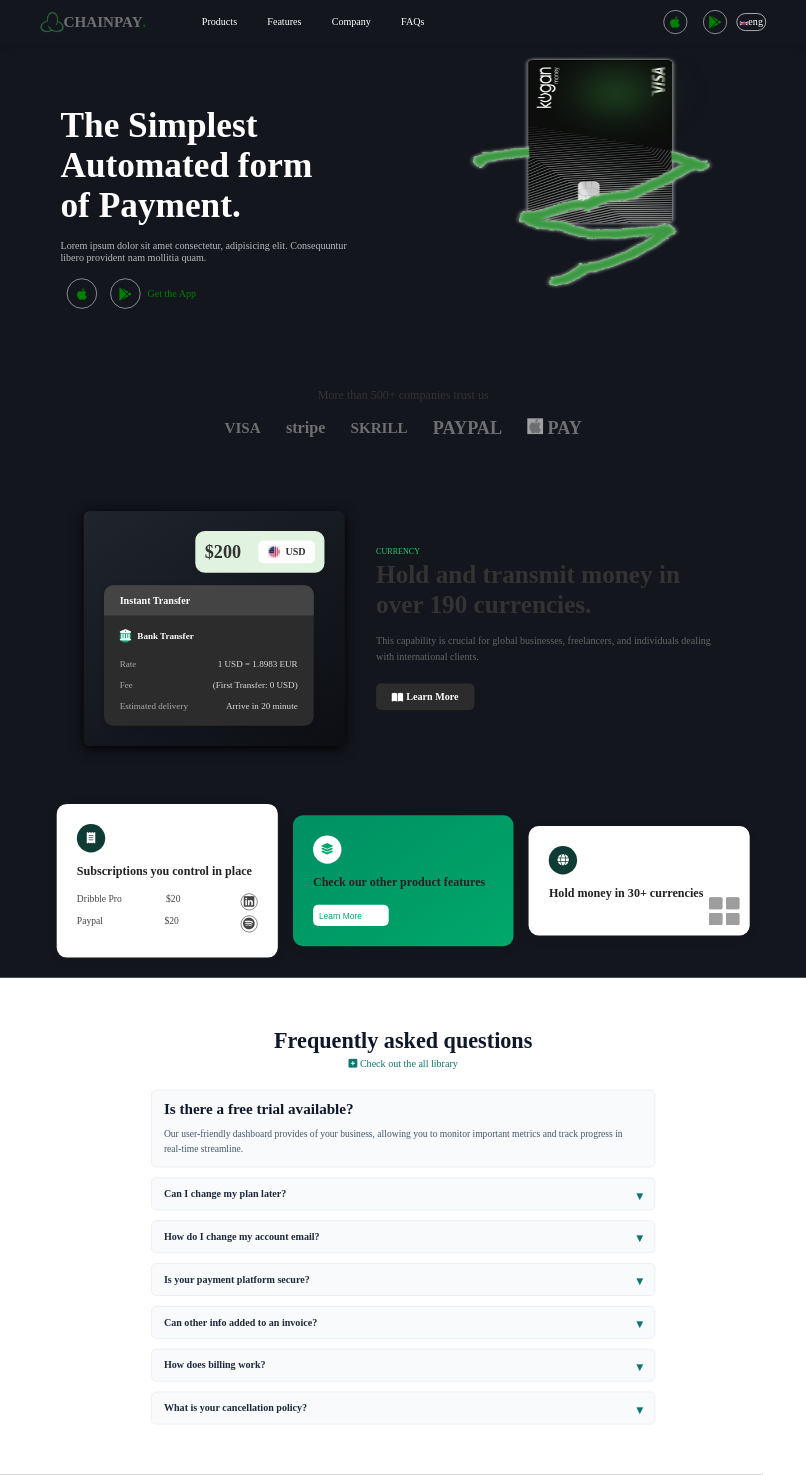
Repository: Austinokezie/Fintech-landing-page
Page: Chainpay.html
These files come from the project's save history. The page is drawn as it stood at one moment and after the next save; the edit follows.
The browser window is 1280 px wide. The pictures show the whole page, at 63% of full size.
Pictures or frames that could not be fetched are drawn as grey boxes. Some web libraries are served in a nearby version.

Above is the page before, as saved 2025-10-15 22:51:47.

### Chainpay.html
<!DOCTYPE html>
<html lang="en">
<head>
    <meta charset="UTF-8">
    <meta name="viewport" content="width=device-width, initial-scale=1.0">
    <title>Document</title>
    <link rel="stylesheet" href="./Chainpay.css">
    <script src="https://kit.fontawesome.com/988c5ad863.js" crossorigin="anonymous"></script>
</head>
<body>
    <nav>
        <div class="left">
            <div class="logo">
                <img src="./images/logo.png" alt="logo image">

                <span>Chainpay</span><span class="dot">.</span>

            </div>
            <ul class="links">
                <li class="link">Products</li>
                <li class="link">Features</li>
                <li class="link">Company</li>
                <li class="link">FAQs</li>

            </ul>
        </div>

        <div class="btn">
            <i class="fa-brands fa-apple"></i>
            <i class="fa-brands fa-google-play"></i>
            <div class="flag">
                <a href=""><img src="./images/Flag_of_the_United_Kingdom_(1-2).svg.png" alt="flag"><span>eng</span></a>


            </div>

        </div>
    </nav>
    <main>
        <div class="introsection">
            <h1>
                <p>The Simplest</p>
                <p>Automated form</p>
                <p>of Payment.</p>
            </h1>
            <p class="describe">Lorem ipsum dolor sit amet consectetur, adipisicing elit. Consequuntur libero provident nam mollitia quam.</p>
            <div class="btnicons">
                <i class="fa-brands fa-apple"></i>
                <i class="fa-brands fa-google-play"></i>
                <a href="#">Get the App</a>
            </div>
            <!-- <div>
                <button class="btn"> Get Started</button>
                <button class="btn"> Discover More</button>
            </div> -->
        </div>
        <div class="imagesection">
            <img src="./images/card.png" alt="">
        </div>
    </main>
   <section class="trust-section">
      <p class="trust-statement">More than 500+ companies trust us</p>
       <div class="payment-logos">
          <span class="logo visa">VISA</span>
          <span class="logo stripe">stripe</span>
          <span class="logo skrill">Skrill</span>
          <span class="logo paypal">PayPal</span>
          <span class="logo apple-pay"><img src="./images/Apple logo.jpg" alt=""> Pay</span>
        </div>
   </section>
    <section class="currency-feature-section">
            <div class="demo-section">
                <div class="input-card">
                    <span class="amount">$200</span>
                        <div class="currency-selector">
                            <img src="./images/USA FLAG2.jpeg" alt="US Flag" class="flag-icon">
                             <span class="currency-code">USD</span>

                        </div>
                </div>

                <div class="transfer-details-card">
                      <div class="card-header">
                         <span class="header-text">Instant Transfer</span>
                       </div>
                    <div class="transfer-info">
                        <div class="info-line bank-transfer">
                          <span class="icon "><i class="fa-solid fa-building-columns bank-icon"></i></span>
                         <span class="text">Bank Transfer</span>
                       </div>
                       <div class="info-line detail-row">
                          <span class="label">Rate</span>
                          <span class="value">1 USD = 1.8983 EUR</span>
                       </div>
                        <div class="info-line detail-row">
                          <span class="label">Fee</span>
                          <span class="value">(First Transfer: 0 USD)</span>
                       </div>
                       <div class="info-line detail-row">
                          <span class="label">Estimated delivery</span>
                         <span class="value">Arrive in 20 minute</span>
                        </div>
                   </div>
               </div>
            </div>

        <div class="content-section">
               <p class="tagline">Currency</p>
               <h2 class="headline">Hold and transmit money in over 190 currencies.</h2>
               <p class="description">This capability is crucial for global businesses, freelancers, and individuals dealing with international clients.</p>
               <button class="cta-button">
                  <span class="icon learn-icon"><i class="fa-solid fa-book-open"></i></span>
                   Learn More
               </button>
        </div>
    </section>

    <section class="features">
          <div class="card">
               <div class="card-icon">
                 <i class="fa-solid fa-receipt"></i>
                </div>
                <h3>Subscriptions you control in place</h3>
                <div class="card-footer">
                   <div class="item">
                      <span class="text">Dribble Pro</span>
                       <span class="amt">$20</span>
                       <span>
                            <i class="fa-brands fa-linkedin"></i>
                        </span>
                  </div>
                  <div class="item">
                      <span class="text">Paypal</span>
                      <span class="paypal-amt">$20</span>
                      <span>
                          <i class="fa-brands fa-spotify"></i>
                      </span>
                   </div>
               </div>
           </div>

           <div class="card active">
               <div class="card-icon">
                  <i class="fa-solid fa-layer-group"></i>
                </div>
                <h3>Check our other product features</h3>
                <button class="learn-more">
                  Learn More
               </button>
            </div>

           <div class="card">
               <div class="card-icon">
                 <i class="fa-solid fa-globe"></i>
               </div>
               <h3>Hold money in 30+ currencies</h3>
               <div class="flag-icons">
                  <img src="https://flagcdn.com/w40/gb.png" alt="UK">
                  <img src="https://flagcdn.com/w40/us.png" alt="US">
                  <img src="https://flagcdn.com/w40/ca.png" alt="Canada">
                  <img src="https://flagcdn.com/w40/eu.png" alt="EU">
              </div>
           </div>
    </section>
    <section class="faq-section">
                <div class="faq-header">
                   <h1>Frequently asked questions</h1>
                   <p><i class="fas fa-plus-square"></i> Check out the all library</p>
               </div>
                <div class="faq-content">

                   <div class="qa-item intro-text">
                      <h2>Is there a free trial available?</h2>
                      <p>Our user-friendly dashboard provides of your business, allowing you to monitor important metrics and track progress in real-time streamline.</p>
                   </div>

                   <details class="qa-item">
                      <summary class="question">Can I change my plan later?</summary>
                      <p class="answer">Yes, you can upgrade, downgrade, or change your plan at any time through your dashboard settings. Changes are effective immediately or at the start of your next billing cycle, depending on the modification.</p>
                  </details>

                  <details class="qa-item">
                     <summary class="question">How do I change my account email?</summary>
                     <p class="answer">You can update your registered email address in the 'Account Settings' section of your profile. For security, you may need to confirm the change via a verification link sent to both the old and new email addresses.</p>
                  </details>

                   <details class="qa-item">
                      <summary class="question">Is your payment platform secure?</summary>
                      <p class="answer">Absolutely. We use industry-leading encryption and partner with certified payment processors (e.g., Stripe, PayPal) to ensure all your transaction details are handled securely and are PCI compliant.</p>
                   </details>

                   <details class="qa-item">
                       <summary class="question">Can other info added to an invoice?</summary>
                      <p class="answer">Yes, you can specify custom information, such as a PO number, VAT ID, or project reference, to be included on your invoices. This can typically be managed in your billing preferences.</p>
                   </details>

                  <details class="qa-item">
                      <summary class="question">How does billing work?</summary>
                      <p class="answer">Billing is handled on a monthly or annual subscription basis, depending on your chosen plan. You will be charged automatically on your renewal date, and invoices are available immediately in your account portal.</p>
                  </details>

                 <details class="qa-item">
                      <summary class="question">What is your cancellation policy?</summary>
                      <p class="answer">You can cancel your subscription at any time. Your service will remain active until the end of the current paid billing period, and you will not be charged again.</p>
                  </details>

                </div>
    </section>


</body>
</html>

### Chainpay.css
*{
    margin: 0;
    padding: 0;

}
body{
    background-color: #13161d;
    color: white;
    scroll-behavior: smooth;
}
nav{
    display: flex;
    justify-content: space-between;
    padding: 16px 64px;
    box-shadow: 0 5px 12px rgba(0, 0, 0, 0.1);
}

nav .left {
    display: flex;
    gap: 4rem;
    align-items: center;
}

nav .logo{
    display: flex;
    align-items: center;

}
nav .logo span{
    font-size: 1.5rem;
    font-weight: bold;
    gap: 2px;

}
nav .logo .dot{
    color: green;
    font-size: 1.5rem;
}
nav .logo img{
    height: 32px;
}
nav .links{
    display: flex;
    list-style: none;

}
nav .links :hover{
    color: forestgreen;
}
nav .links .link{
    padding: 5px 1.5rem;
    font-weight: 500;
}
nav .btn{
    display: flex;
    align-items: center;
    gap: 5px;
}
nav .btn i{
    font-size: 1.3rem;
    background-color: rgba(2, green, blue, alpha);
    color: green;
    padding: .5rem .5rem;
    border: 1px solid #ccc;
    width: 20px;
    height: 20px;
    line-height: 20px;
    text-align: center;
    border-radius: 52px;
    margin:0 10px;
    cursor: pointer;

}
nav .btn .flag{
    display: flex;
    border: 1px solid;
    border-radius: 20px;
    padding: 4px 4px;

}

nav .btn .flag a{
    text-decoration: none;
}
nav .btn .flag img{
    width: .9rem;
    height: .4rem;
}
nav .btn .flag span{
    color: white;
}

main{
    display: flex;
    justify-content: center;
    padding: 1rem 6rem;

    gap: 2rem;
}
main .introsection{
    /* display: flex; */
    padding: 5rem 0;
    /* justify-content: center; */
}
main .introsection h1{
   font-size: 3.5rem;
}
main.introsection h1 p{
    font-size: 5rem;
}
.introsection .describe{
    font-size: 16px;
    opacity: .7;
    margin: 1.5rem 0;
    max-width: 80%;
}
main .imagesection img{
    width: 29rem;
    height: 27rem;
    /* margin-top: 30px; */
}
main .btnicons{
    display: flex;
    gap: 1px;
    align-items: center;
}
main .btnicons a{
    text-decoration: none;
    color: green;
}
main .btnicons i{
    font-size: 1.3rem;
    /* background-color: rgb(36, 17, 17); */
    padding: .5rem .5rem;
    color: green;
    border: 1px solid #ccc;
    width: 30px;
    height: 30px;
    line-height: 30px;
    text-align: center;
    border-radius: 52px;
    margin:0 10px;


}

/* =========================
   🌐 Services Highlight Section
   ========================= */

.trust-section {
    text-align: center;
    padding: 30px 15px;
    background-color: #13161d;
    color: white;
}

.trust-statement {
    font-size: 1.2rem;
    color: #333333; /* Darker text for the statement */
    margin-bottom: 25px;
}

.payment-logos {
    display: flex;
    justify-content: center;
    align-items: center;
    flex-wrap: wrap; /* Allows logos to wrap on smaller screens */
    gap: 40px; /* Space between logos */
}

.logo {
    font-size: 1.5rem;
    font-weight: bold;
    color: #aaaaaa; /* Faded/light gray color as seen in the image */
    text-transform: uppercase;
    opacity: 0.6; /* Slight transparency to enhance the faded look */
    /* Add a specific font-family if you want to match the logo typeface exactly */
}

/* Specific Logo adjustments (optional, to better mimic the logo styles) */
.visa {
    /* No major change needed */
}

.stripe {
    font-size: 1.6rem;
    text-transform: lowercase;
}

.skrill {
    /* No major change needed */
}

.paypal {
    font-size: 1.8rem;
}

.apple-pay {
    font-size: 1.8rem;
    /* The Apple logo  is used directly in the HTML */
}
.apple-pay img{
    width: 25px;
    height: 25px;
}


/* Base Styles */
.currency-feature-section {
    display: flex;
    justify-content: center;
    align-items: center;
    padding: 60px 5%;
    background-color: #13161d;
    color: white;
    font-family: serif;
    box-shadow: rgba(0, 0, 0, 0.1);
    margin-top: 25px;
}

/* --------------------
    Left Column: Demo Section Styling
-------------------- */
.demo-section {
    flex: 1;
    display: flex;
    flex-direction: column;
    gap: 20px;
    padding: 2rem;
    max-width: 350px; /* Limit size for better aesthetics */
    background: linear-gradient(145deg, #1f242d, #0c0e13);
    box-shadow: 0 4px 20px rgba(0, 0, 0, 10);
    border-radius: 10px;
}

/* Input Card */
.input-card {
    background-color: #e0f2e0; /* Lightest green for the card */
    padding: 15px 15px;
    border-radius: 15px;
    display: flex;
    justify-content: space-between;
    align-items: center;
    margin-left: auto;
    box-shadow: 0 4px 10px rgba(0, 0, 0, 0.05); /* Soft shadow */
    width: 50%; /* Smaller than the overall demo section */
}

.input-card .amount {
    font-size: 1.8rem;
    font-weight: bold;
    color: #333;
}

.currency-selector {
    display: flex;
    align-items: center;
    background-color: #fff; /* White background for selector */
    padding: 8px 15px;
    border-radius: 8px;
    font-weight: bold;
    cursor: pointer;
}

.flag-icon {
    width: 20px;
    height: 20px;
    margin-right: 8px;
    /* In a real scenario, you'd load the image */
    /* Placeholder for the flag */
    background-color: #003087; /* Just to show where the flag goes */
    /* border: 1px solid #ccc; */
}
.currency-code {
    color: #333;
}

/* Transfer Details Card */
.transfer-details-card {
    background-color: #2c2c2c; /* Dark background for this card */
    color: #ffffff;
    padding: 0;
    border-radius: 15px;
    box-shadow: 0 4px 10px rgba(0, 0, 0, 0.1);
    width: 95%; /* Wider than the input card */
}

.card-header {
    background-color: #444444; /* Darker header section */
    padding: 15px 25px;
    border-top-left-radius: 15px;
    border-top-right-radius: 15px;
}

.header-text {
    font-weight: bold;
    font-size: 1rem;
}

.transfer-info {
    padding: 15px 25px;
}

.info-line {
    display: flex;
    justify-content: space-between;
    padding: 8px 0;
    font-size: 0.9rem;
    color: #dddddd; /* Light text for details */
    gap: 10px;
}

.bank-transfer {
    justify-content: flex-start;
    align-items: center;
    font-weight: bold;
    color: #ffffff;
    margin-bottom: 10px;
}

.bank-icon {
    display: flex;
    align-items: center;
    width: 20p;
    height: 20px;
    background-color: #00a86b; /* Green circle icon color */
    border-radius: 50%;
    font-size: 18px;
    /* margin-right: 10px; */
    /* flex-shrink: 0; */

}
.bank-icon i{
    font-size: 18px;
    color: #00a86b;
    line-height: 1;
}

.detail-row .label {
    color: #aaaaaa; /* Lighter gray for labels */
}

.detail-row .value {
    text-align: right;
}

/* --------------------
    Right Column: Content Section Styling
-------------------- */
.content-section {
    flex: 1;
    max-width: 550px;
    padding-left: 50px;
    color: #f5f5dc;
}

.tagline {
    font-size: 0.8rem;
    color: #2ecc71;
    text-transform: uppercase;
    margin-bottom: 5px;
}

.headline {
    font-size: 2.5rem;
    font-weight: 900;
    line-height: 1.2;
    color: #333;
    margin: 0 0 20px 0;
}

.description {
    font-size: 1rem;
    line-height: 1.6;
    color: #666;
    margin-bottom: 30px;
}

.cta-button {
    background-color: #2c2c2c; /* Dark background for CTA */
    color: #ffffff;
    border: none;
    padding: 12px 25px;
    border-radius: 8px;
    font-size: 1rem;
    font-weight: bold;
    cursor: pointer;
    display: flex;
    align-items: center;
    transition: background-color 0.3s;
    font-family: serif;
}

.cta-button:hover {
    background-color: #444444;
}

.learn-icon {
    width: 15px;
    height: 15px;
    /* background-color: #00a86b; Small green icon placeholder */
    border-radius: 3px;
    margin-right: 8px;
}

/* === Feature Section === */
.features {
  display: flex;
  justify-content: center;
  align-items: center;
  gap: 1.5rem;
  padding: 2rem;
  max-width: 1100px;
  flex-wrap: nowrap;
  margin: 0 auto;

}

/* === Card === */
.card {
  background: #fff;
  border-radius: 16px;
  padding: 2rem;
  width: 300px;
  box-shadow: 0 4px 20px rgba(0, 0, 0, 0.05);
  display: flex;
  flex-direction: column;
  justify-content: space-between;
  transition: transform 0.3s ease;
  /* min-height: 320px; */
  position: relative;
}

.card:hover {
  transform: translateY(-5px);
}

/* === Icon Circle === */
.card-icon {
  background-color: #0e3b33;
  color: #fff;
  width: 45px;
  height: 45px;
  border-radius: 50%;
  display: flex;
  align-items: center;
  justify-content: center;
  font-size: 18px;
  margin-bottom: 1.2rem;

}

/* === Card Headings === */
.card h3 {
  font-size: 1.2rem;
  margin-bottom: 1.5rem;
  color: #222;
}

/* === Active (Middle) Card === */
.card.active {
  background: linear-gradient(145deg, #008f62, #00a86b);
  color: #fff;
}

.card.active .card-icon {
  background-color: #fff;
  color: #00a86b;
}

/* === Learn More Button === */
.learn-more {
  /* margin-top: ; */
  background-color: #fff;
  color: #00a86b;
  border: none;
  width: 120px;
  padding: 0.6rem 0.6rem ;
  border-radius: 8px;
  cursor: pointer;
  font-weight: 500;
  display: inline-flex;
  align-items: center;
  gap: 8px;
  transition: all 0.3s ease;
}

.learn-more:hover {
  background-color: #e8f6f0;
}

/* === Footer Items (First Card) === */
.card-footer .item {
  display: flex;
  justify-content: space-between;
  margin-bottom: 0.5rem;
  font-size: 0.95rem;
  color: #444;
}
.item .amt{
    margin-right: 25px;
}
.item i{
    width: 25px;
   height: 25px;
   border-radius: 50%;
  font-size: 1.2rem;
  border: 1px solid;
  display: flex;
  justify-content: center;
  align-items: center;
}

/* === Flag Icons (Last Card) === */
.flag-icons {
    position: absolute;
    bottom: 1rem;
    right: 1rem;
    /* align-items: flex-end; */
    display: grid;
    grid-template-columns: repeat(2, 1fr);
    gap: 0.3rem;
    /* margin-top: auto; */
}

.flag-icons img {
  width: 22px;
  height: 20px;
  border-radius: 3px;
  object-fit: cover;
}

.faq-section {
  padding: 5rem 2rem;
  background-color: #fff;
  color: #0f172a;
}

.faq-header {
  text-align: center;
  margin-bottom: 2rem;
}

.faq-header h1 {
  font-size: 2.2rem;
  font-weight: 700;
}

.faq-header p {
  color: #0f766e;
  font-weight: 500;
  font-size: 1rem;
  margin-top: 0.5rem;
}

.faq-content {
  max-width: 800px;
  margin: 0 auto;
  display: flex;
  flex-direction: column;
  gap: 1rem;
}

/* Each Question Card */
.qa-item {
  border: 1px solid #e2e8f0;
  border-radius: 8px;
  padding: 1rem 1.2rem;
  background-color: #f8fafc;
}

.qa-item summary {
  font-weight: 600;
  color: #1e293b;
  cursor: pointer;
  position: relative;
  list-style: none;
  padding-right: 1.5rem;
}

.qa-item summary::marker {
  display: none;
}

/* Dropdown arrow */
.qa-item summary::after {
  content: '▾';
  position: absolute;
  right: 0;
  top: 0;
  font-size: 1.2rem;
  color: #0f766e;
  transition: transform 0.3s ease;
}

.qa-item[open] summary::after {
  transform: rotate(-180deg);
}

.qa-item p {
  margin-top: 0.8rem;
  color: #475569;
  font-size: 0.95rem;
  line-height: 1.6;
}

.qa-item:hover summary {
  color: #0f766e;
}


/* Mobile View (Max-width: 480px) */
@media (max-width: 480px) {
    .trust-section {
        padding: 20px 10px;
    }

    .trust-statement {
        font-size: 1rem;
        margin-bottom: 15px;
    }

    .payment-logos {
        gap: 20px 30px; /* Vertical and horizontal gap */
        /* Logos might wrap to a new line on very small screens */
    }

    .logo {
        font-size: 1.2rem; /* Smaller logos for mobile */
    }

    .stripe {
        font-size: 1.3rem;
    }

    .paypal,
    .apple-pay {
        font-size: 1.5rem;
    }
}


/* Tablet View (Max-width: 768px) */
@media (max-width: 768px) {
    .currency-feature-section {
        flex-direction: column; /* Stack columns vertically */
        padding: 40px 5%;
    }

    .demo-section {
        padding-right: 0;
        margin-bottom: 30px;
        width: 100%;
        max-width: none;
        align-items: center; /* Center the cards */
    }

    .input-card {
        width: 70%;
        max-width: 350px;
    }

    .transfer-details-card {
        width: 80%;
        max-width: 400px;
    }

    .content-section {
        padding-left: 0;
        text-align: center; /* Center align text */
        max-width: 100%;
    }

    .headline {
        font-size: 2rem;
    }

    .cta-button {
        margin: 0 auto; /* Center the button */
    }
}

/* Mobile View (Max-width: 480px) */
@media (max-width: 480px) {
    .currency-feature-section {
        padding: 30px 4%;
    }

    .headline {
        font-size: 1.7rem;
    }

    .description {
        font-size: 0.9rem;
    }

    .input-card {
        width: 100%; /* Full width for smaller screens */
        max-width: none;
        padding: 15px 20px;
    }

    .input-card .amount {
        font-size: 1.5rem;
    }

    .currency-selector {
        padding: 6px 10px;
    }

    .transfer-details-card {
        width: 95%; /* Keep it slightly narrower than full width */
        max-width: none;
    }

    .info-line {
        font-size: 0.85rem;
    }
}

/* Tablet ≤ 768px */
@media (max-width: 768px) {
  .faq-section {
    padding: 4rem 1.5rem;
  }

  .faq-header h1 {
    font-size: 1.8rem;
  }

  .faq-content {
    gap: 0.8rem;
  }
}

/* Mobile ≤ 480px */
@media (max-width: 480px) {
  .faq-section {
    padding: 3rem 1rem;
  }

  .faq-header h1 {
    font-size: 1.5rem;
  }

  .qa-item summary {
    font-size: 0.95rem;
  }

  .qa-item p {
    font-size: 0.85rem;
  }
}

After the next save:
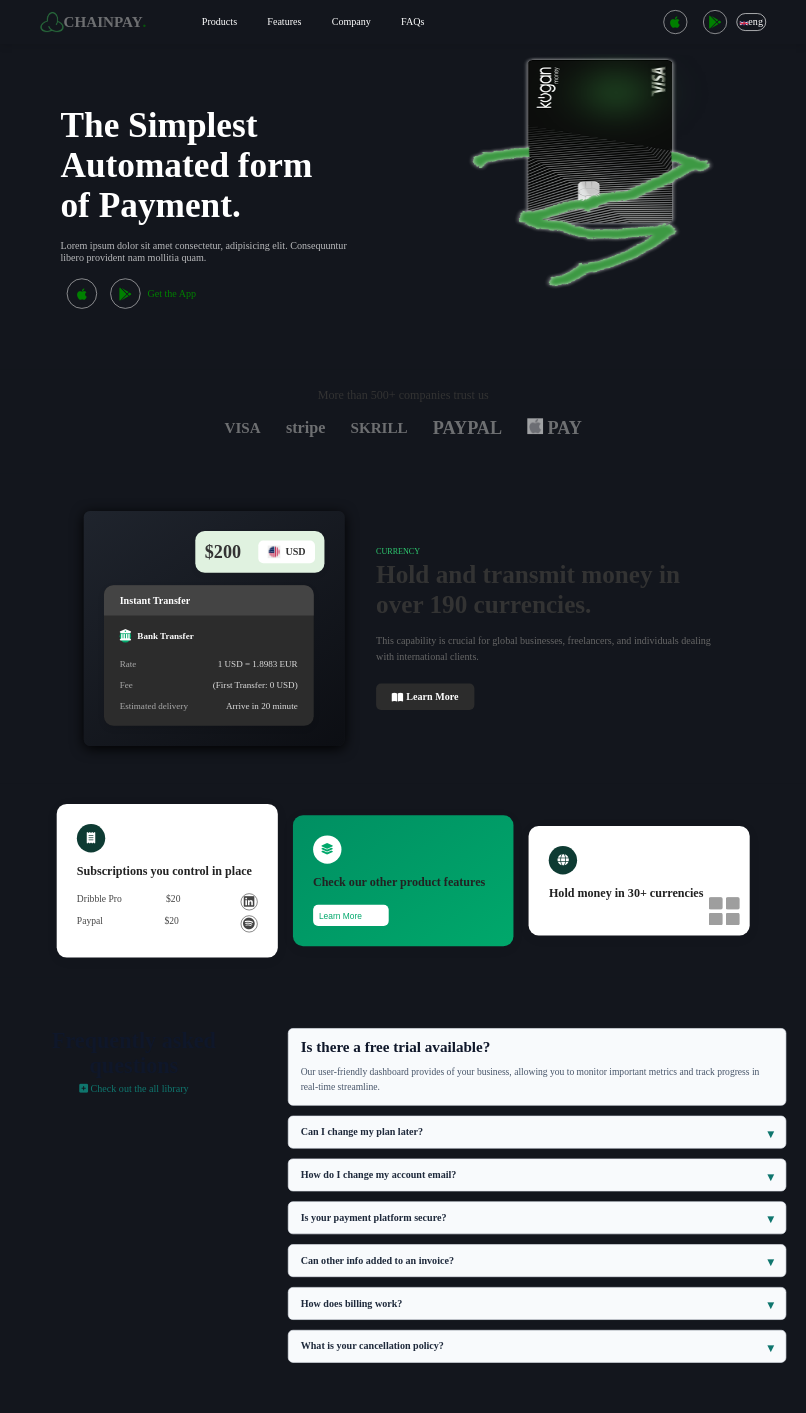
Saved 5 min 0 s later.
--- a/Chainpay.css
+++ b/Chainpay.css
@@ -531,9 +531,17 @@
   object-fit: cover;
 }
 
+
+/* FAQ SECTION */
+
+
 .faq-section {
+  display: flex;
+  justify-content: space-between;
+  align-items: flex-start;
+  gap: 4rem;
   padding: 5rem 2rem;
-  background-color: #fff;
+  background-color: #13161d;
   color: #0f172a;
 }
 
